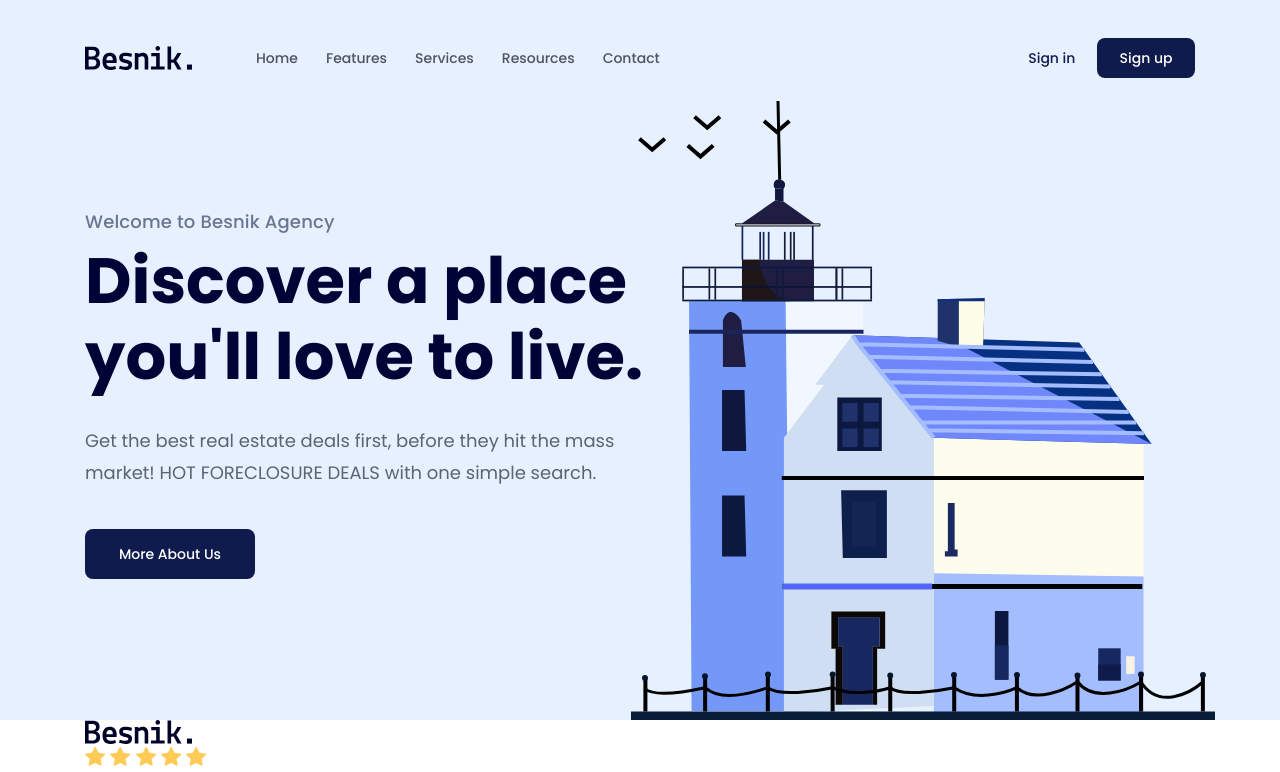
Repository: Tctiensk/f8-htmlcss-01
Page: index.html
These files come from the project's save history. The page is drawn as it stood at one moment and after the next save; the edit follows.
The browser window is 1280 px wide. The pictures show the whole page.

Above is the page before, as saved 2022-11-30 13:00:03.

### index.html
<!DOCTYPE html>
<html lang="en">
    <head>
        <meta charset="UTF-8" />
        <meta http-equiv="X-UA-Compatible" content="IE=edge" />
        <meta name="viewport" content="width=device-width, initial-scale=1.0" />
        <title>F8 PROJECT 01</title>
        <link rel="stylesheet" href="./assets/css/reset.css" />
        <link rel="stylesheet" href="./assets/fonts/stylesheet.css" />
        <link rel="stylesheet" href="./assets/css/style.css" />
    </head>

    <body>
        <main>
            <!-- header -->
            <header class="header">
                <div class="content">
                    <nav class="navbar">
                        <!-- logo -->
                        <img src="./assets/img/Logo.svg" alt="Besnik." />
                        <!-- navigation -->
                        <ul>
                            <li><a href="#!">Home</a></li>
                            <li><a href="#!">Features</a></li>
                            <li><a href="#!">Services</a></li>
                            <li><a href="#!">Resources</a></li>
                            <li><a href="#!">Contact</a></li>
                        </ul>

                        <!-- action -->
                        <div class="action">
                            <a href="" class="action-link">Sign in </a>
                            <a href="" class="btn action-btn">Sign up </a>
                        </div>
                    </nav>

                    <div class="hero">
                        <div class="info">
                            <p class="sub-title">Welcome to Besnik Agency</p>
                            <h1 class="title">
                                Discover a place you'll love to live.
                            </h1>
                            <p class="desc">
                                Get the best real estate deals first, before
                                they hit the mass market! HOT FORECLOSURE DEALS
                                with one simple search.
                            </p>
                            <a href="#!" class="btn hero-cta">More About Us</a>
                        </div>
                        <img
                            src="./assets/img/house illustration.svg"
                            alt="Discover a place you'll love to live."
                            class="hero-img"
                        />
                    </div>
                </div>
            </header>
            <div class="clients">
                <div class="content">
                    <div class="row">
                        <!-- logo -->
                        <img src="./assets/img/Logo.svg" alt="Besnik." />

                        <!-- Stars -->
                        <div class="stars">
                            <img src="./assets/img/Vector.svg" alt="Star" />
                            <img src="./assets/img/Vector.svg" alt="Star" />
                            <img src="./assets/img/Vector.svg" alt="Star" />
                            <img src="./assets/img/Vector.svg" alt="Star" />
                            <img src="./assets/img/Vector.svg" alt="Star" />
                        </div>
                    </div>
                </div>
            </div>
        </main>
    </body>
</html>

### assets/fonts/stylesheet.css
@font-face {
    font-family: "Poppins";
    src: url("Poppins/Poppins-BoldItalic.woff2") format("woff2"),
        url("Poppins/Poppins-BoldItalic.woff") format("woff");
    font-weight: bold;
    font-style: italic;
    font-display: swap;
}

@font-face {
    font-family: "Poppins";
    src: url("Poppins/Poppins-ExtraBold.woff2") format("woff2"),
        url("Poppins/Poppins-ExtraBold.woff") format("woff");
    font-weight: bold;
    font-style: normal;
    font-display: swap;
}

@font-face {
    font-family: "Poppins";
    src: url("Poppins/Poppins-BlackItalic.woff2") format("woff2"),
        url("Poppins/Poppins-BlackItalic.woff") format("woff");
    font-weight: 900;
    font-style: italic;
    font-display: swap;
}

@font-face {
    font-family: "Poppins";
    src: url("Poppins/Poppins-ExtraBoldItalic.woff2") format("woff2"),
        url("Poppins/Poppins-ExtraBoldItalic.woff") format("woff");
    font-weight: bold;
    font-style: italic;
    font-display: swap;
}

@font-face {
    font-family: "Poppins";
    src: url("Poppins/Poppins-Bold.woff2") format("woff2"),
        url("Poppins/Poppins-Bold.woff") format("woff");
    font-weight: bold;
    font-style: normal;
    font-display: swap;
}

@font-face {
    font-family: "Poppins";
    src: url("Poppins/Poppins-Black.woff2") format("woff2"),
        url("Poppins/Poppins-Black.woff") format("woff");
    font-weight: 900;
    font-style: normal;
    font-display: swap;
}

@font-face {
    font-family: "Poppins";
    src: url("Poppins/Poppins-LightItalic.woff2") format("woff2"),
        url("Poppins/Poppins-LightItalic.woff") format("woff");
    font-weight: 300;
    font-style: italic;
    font-display: swap;
}

@font-face {
    font-family: "Poppins";
    src: url("Poppins/Poppins-Medium.woff2") format("woff2"),
        url("Poppins/Poppins-Medium.woff") format("woff");
    font-weight: 500;
    font-style: normal;
    font-display: swap;
}

@font-face {
    font-family: "Poppins";
    src: url("Poppins/Poppins-ExtraLightItalic.woff2") format("woff2"),
        url("Poppins/Poppins-ExtraLightItalic.woff") format("woff");
    font-weight: 200;
    font-style: italic;
    font-display: swap;
}

@font-face {
    font-family: "Poppins";
    src: url("Poppins/Poppins-Italic.woff2") format("woff2"),
        url("Poppins/Poppins-Italic.woff") format("woff");
    font-weight: normal;
    font-style: italic;
    font-display: swap;
}

@font-face {
    font-family: "Poppins";
    src: url("Poppins/Poppins-Light.woff2") format("woff2"),
        url("Poppins/Poppins-Light.woff") format("woff");
    font-weight: 300;
    font-style: normal;
    font-display: swap;
}

@font-face {
    font-family: "Poppins";
    src: url("Poppins/Poppins-ExtraLight.woff2") format("woff2"),
        url("Poppins/Poppins-ExtraLight.woff") format("woff");
    font-weight: 200;
    font-style: normal;
    font-display: swap;
}

@font-face {
    font-family: "Poppins";
    src: url("Poppins/Poppins-SemiBoldItalic.woff2") format("woff2"),
        url("Poppins/Poppins-SemiBoldItalic.woff") format("woff");
    font-weight: 600;
    font-style: italic;
    font-display: swap;
}

@font-face {
    font-family: "Poppins";
    src: url("Poppins/Poppins-Regular.woff2") format("woff2"),
        url("Poppins/Poppins-Regular.woff") format("woff");
    font-weight: normal;
    font-style: normal;
    font-display: swap;
}

@font-face {
    font-family: "Poppins";
    src: url("Poppins/Poppins-ThinItalic.woff2") format("woff2"),
        url("Poppins/Poppins-ThinItalic.woff") format("woff");
    font-weight: 100;
    font-style: italic;
    font-display: swap;
}
@font-face {
    font-family: "Poppins";
    src: url("Poppins/Poppins-MediumItalic.woff2") format("woff2"),
        url("Poppins/Poppins-MediumItalic.woff") format("woff");
    font-weight: 500;
    font-style: italic;
    font-display: swap;
}

@font-face {
    font-family: "Poppins";
    src: url("Poppins/Poppins-SemiBold.woff2") format("woff2"),
        url("Poppins/Poppins-SemiBold.woff") format("woff");
    font-weight: 600;
    font-style: normal;
    font-display: swap;
}

@font-face {
    font-family: "Poppins";
    src: url("Poppins/Poppins-Thin.woff2") format("woff2"),
        url("Poppins/Poppins-Thin.woff") format("woff");
    font-weight: 100;
    font-style: normal;
    font-display: swap;
}

### assets/css/style.css
* {
    box-sizing: border-box;
}

:root {
    --primary-color: #0f1b4c;
}
html {
    font-size: 62.5%;
}
body {
    font-size: 1.6rem;
    font-family: "Poppins", sans-serif;
}
/* common */
a {
    text-decoration: none;
}
.content {
    width: 1110px;
    max-width: calc(100% -48px);
    margin-left: auto;
    margin-right: auto;
}
/* ================= header [====================*/
.header {
    height: 100vh;
    background: #e6f0ff;
    position: relative;
}
.navbar {
    display: flex;
    align-items: center;
    padding-top: 38px;
}
.navbar ul {
    display: flex;
    margin-left: 50px;
}
.navbar .action {
    margin-left: auto;
}
.navbar ul a {
    font-weight: 500;
    font-size: 1.4rem;
    line-height: 21px;
    color: #4f5361;
    padding: 8px 1.4rem;
}
.navbar ul a:hover {
    text-decoration: underline;
}
.navbar .action-link {
    font-weight: 500;
    font-size: 1.4rem;
    line-height: 21px;
    color: var(--primary-color);
}
.btn {
    display: inline-block;
    min-width: 98px;
    padding: 18px 16px;
    background: var(--primary-color);
    border-radius: 8px;
    font-weight: 500;
    font-size: 1.4rem;
    text-align: center;
    color: #ffffff;
}
.btn:hover {
    opacity: 0.9;
}
.btn.hero-cta {
    min-width: 170px;
    margin-top: 40px;
}
.navbar .action-btn {
    padding: 13px 16px;
    margin-left: 18px;
}
.hero {
    margin-top: 130px;
}
.hero .sub-title {
    font-weight: 500;
    font-size: 1.8rem;
    line-height: 1.5;
    letter-spacing: 0.01em;
    color: #687691;
}
.hero .title {
    margin-top: 8px;
    font-weight: 700;
    font-size: 6.4rem;
    line-height: 1.19;
    color: #000336;
}
.hero .info {
    width: 51%;
}
.hero .desc {
    margin-top: 30px;
    font-weight: 400;
    font-size: 18px;
    line-height: 32px;
    color: #5a6473;
}
.hero-img {
    position: absolute;
    bottom: 0;
    right: 65px;
}
.row .stars {
    margin-left: auto;
}

Loaded but not shown: assets/css/reset.css (common file)

After the next save:
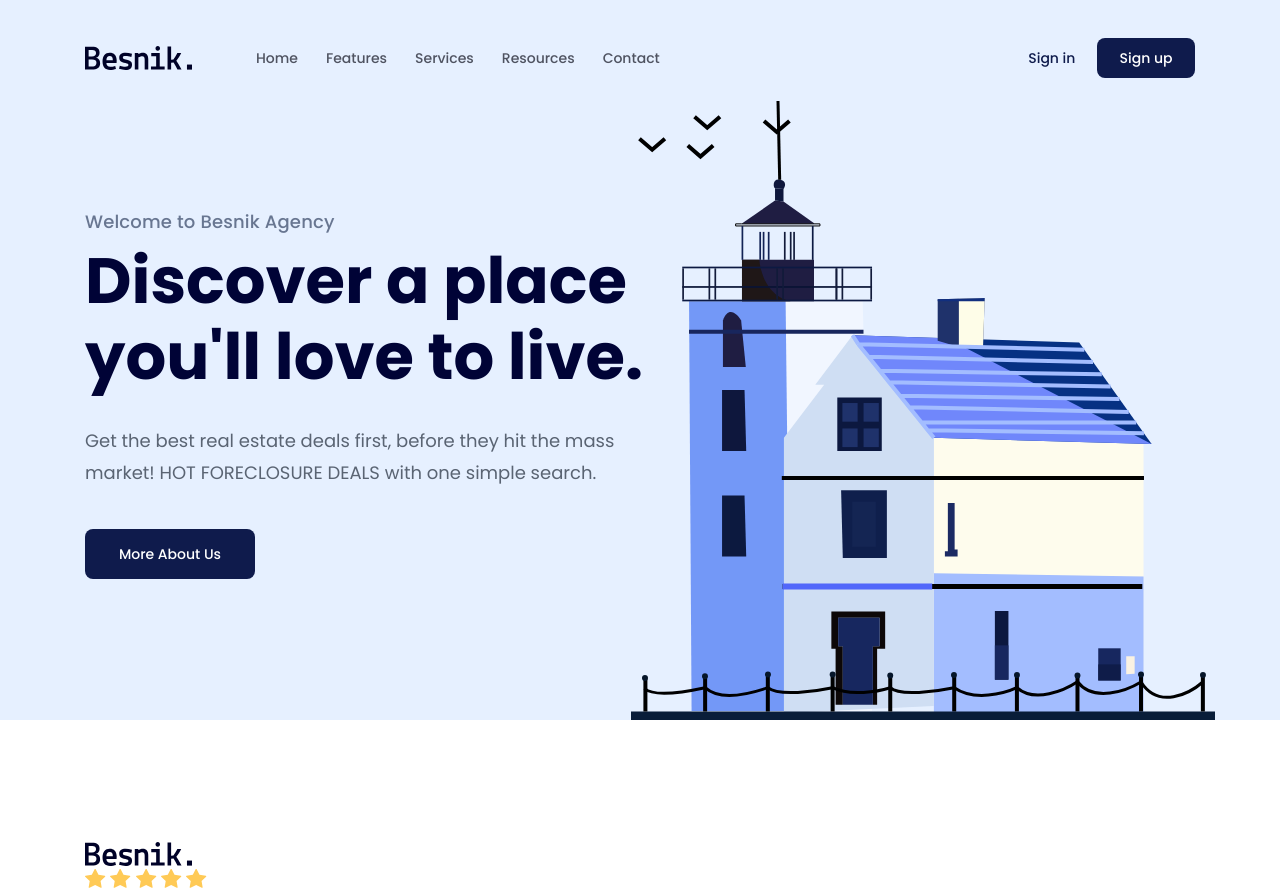
Saved 92 s later.
--- a/assets/css/style.css
+++ b/assets/css/style.css
@@ -110,6 +110,7 @@
     bottom: 0;
     right: 65px;
 }
-.row .stars {
-    margin-left: auto;
+/* clients  */
+.clients {
+    margin-top: 122px;
 }
